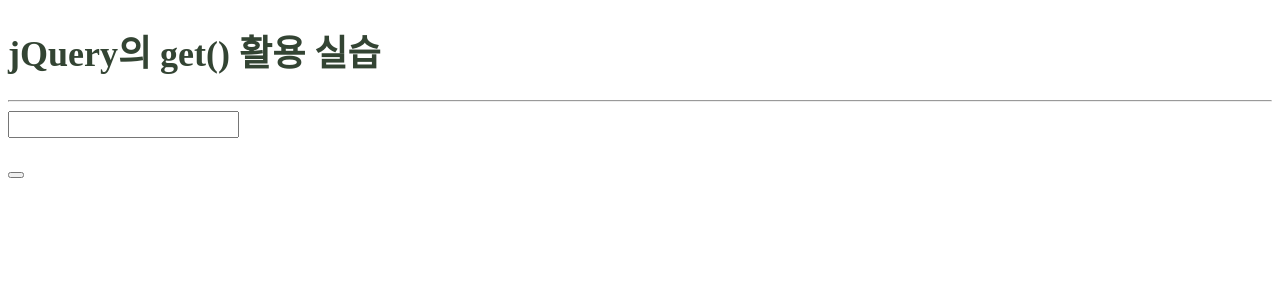
Repository: youngsik0405/Web-study
Page: http://localhost/AjaxJquery02/GetTest01.jsp
These files come from the project's save history. The page is drawn as it stood at one moment and after the next save; the edit follows.
The browser window is 1280 px wide. The pictures show the whole page.
The page is served by Tomcat 9. Nobody is signed in. The application's start-up code is not run. Other server files are loaded and not shown.

Above is the page before, as saved 2025-02-04 02:33:49.

### AjaxJquery02/WebContent/GetTest01.jsp
<%@ page contentType="text/html; charset=UTF-8"%>
<%@ taglib prefix="c" uri="http://java.sun.com/jsp/jstl/core"%>
<%
	request.setCharacterEncoding("UTF-8");
	String cp = request.getContextPath();
%>
<!DOCTYPE html>
<html>
<head>
<meta charset="UTF-8">
<title>GetTest01.jsp</title>
<link rel="stylesheet" type="text/css" href="<%=cp %>/css/main.css">
</head>
<body>

<div>
	<h1>jQuery의 get() 활용 실습</h1>
	<hr>
</div>

<div>
	<input type="text" id="nickName" class="txt">
	<br><br>

	<button type="button" id="loadBtn" class="btn"></button>
</div>

</body>
</html>

### AjaxJquery02/WebContent/css/main.css
@charset "UTF-8";

/* main.css */

*
{
	font-family: 맑은 고딕;
	color: #334433;
}

body, p, div, span, input, table, th, td, select
{
	font-size: 18px;
}

.control
{
	border: 1px solid gray;
	border-radius: 3px;
}

.table
{
	border-collapse: collapse;
	width: 100%;
}

.table th, .table td
{
	border: 1px solid gray;
	border-left: 0px;
	border-right: 0px;
	padding: 3px;
	line-height: 150%;
}

.table th
{
	font-weight: bold;
	background-color: #eeeeee;
}

.btn
{
	font-weight: bold;
}

.btn:hover
{
	color: white;
	background-color: #778877;
}

After the next save:
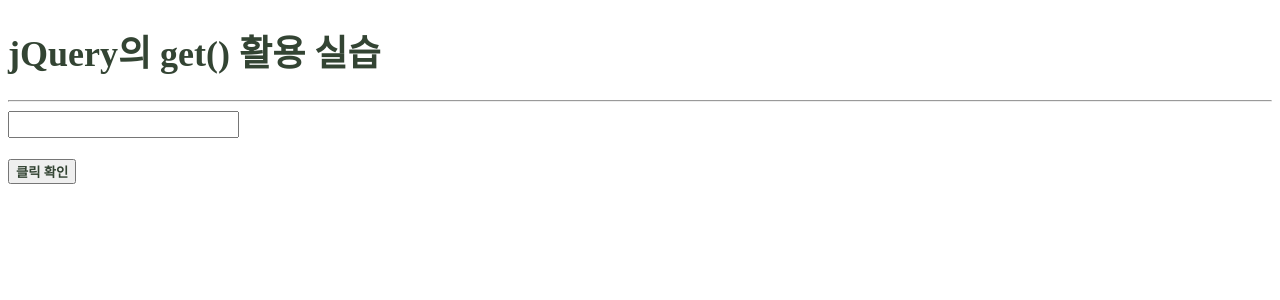
Saved 32 s later.
--- a/AjaxJquery02/WebContent/GetTest01.jsp
+++ b/AjaxJquery02/WebContent/GetTest01.jsp
@@ -22,7 +22,7 @@
 	<input type="text" id="nickName" class="txt">
 	<br><br>
 
-	<button type="button" id="loadBtn" class="btn"></button>
+	<button type="button" id="loadBtn" class="btn">클릭 확인</button>
 </div>
 
 </body>
